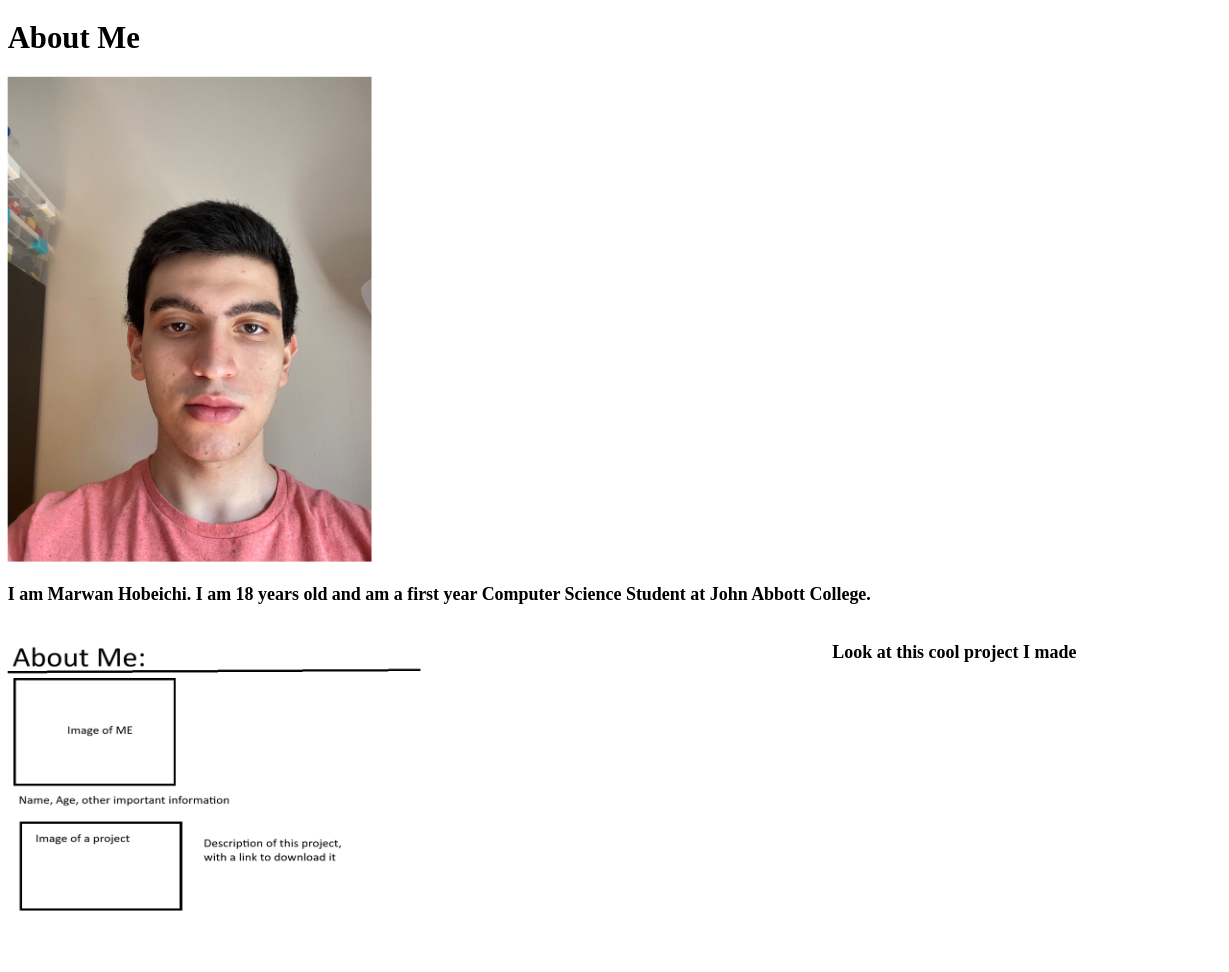
Repository: captainm64/captainm64
Page: index.html
These files come from the project's save history. The page is drawn as it stood at one moment and after the next save; the edit follows.
The browser window is 1280 px wide. The pictures show the whole page, at 96% of full size.

Above is the page before, as saved 2026-05-06 08:55:41.

### index.html
<!DOCTYPE html>
<html>
    <head>
        <link rel = "stylesheet" href = "./styles/index.css" />
         <link rel = "stylesheet" href = "./styles/global.css" />
         <title>HomePage</title>
    </head>
<body>
<Header id = "Title">
<main>
<h1> About Me </h1>

<div class = "Me">
 <img src="../../assets/images/Marwan.jpg" alt = "Marwan Hobeichi looking at the camera"/>
</div>

<h3> I am Marwan Hobeichi. I am 18 years old and am a first year Computer Science Student at John Abbott College.</h3>

<div class = "projtxt">
 <div>
 <img src="../../assets/images/HomePage.png" alt = "Demonstration of an old project"/>
 </div>

 <h3> Look at this cool project I made</h3>
</div>
</main>

### styles/index.css
img{

   height: 55%;
   width: 40%;
}

.projtxt{

   display: flex;

   flex-direction: row;

}

.projtxt img {

   height: 100%;
   width: 100%

}

#Main{

font-size: 30px;
font-family: "timesnewromanbold";
color: rgb(0, 0, 0);


}


/*phone*/
@media (min-width: 768px) {

    img{

   height: 55%;
   width: 20%;
   }

   .projtxt img {

   width: 50%

  }

}

/* IPad */
@media(min-width: 1025px)
{
     img{

   height: 55%;
   width: 30%;
   }

   .projtxt img {

   height: 90%

  }



}

### styles/global.css

@font-face {

    font-family: "timesnewroman";
    src: url(/assests/fonts/timesnewroman.ttf);
}

After the next save:
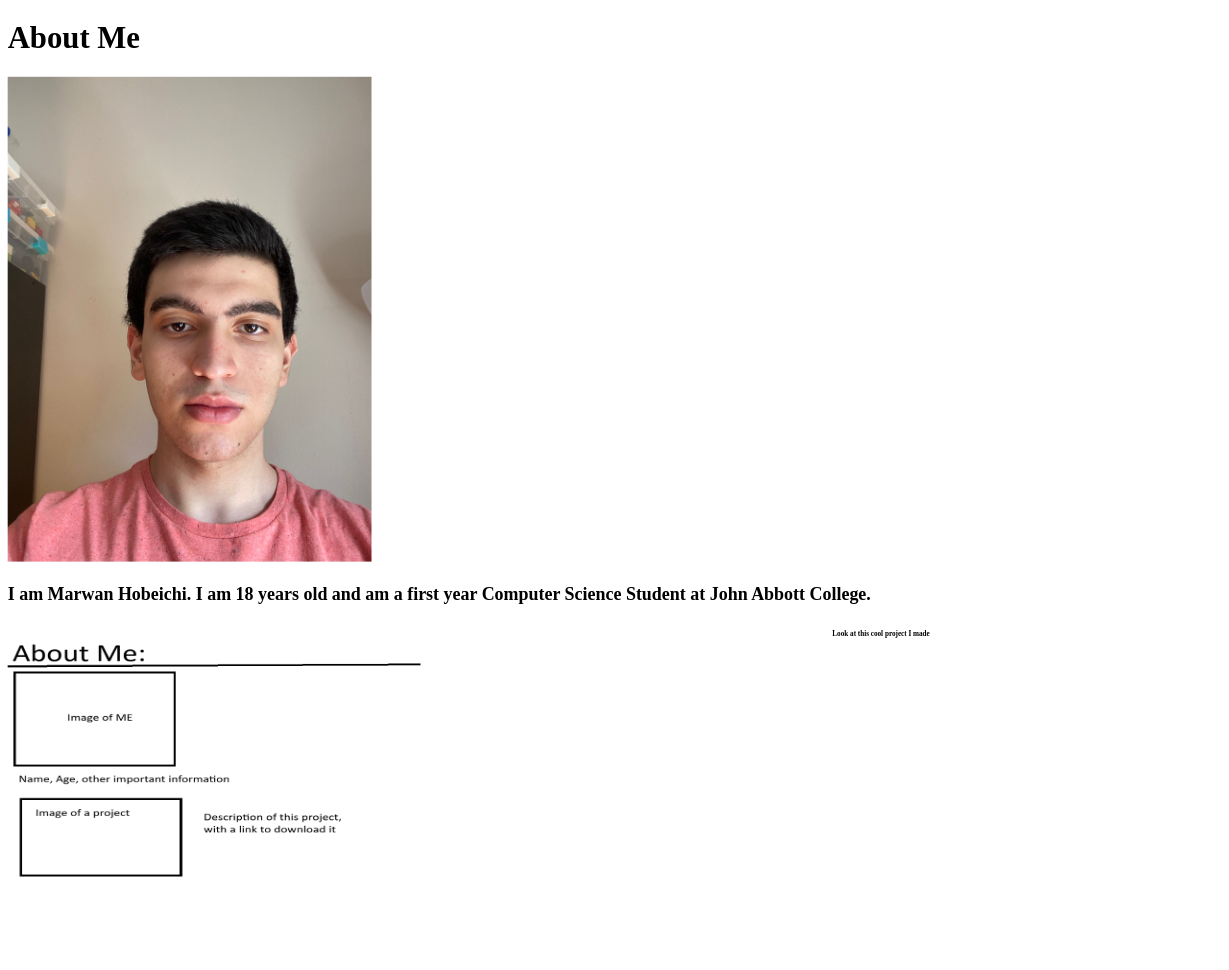
Saved 3 min 19 s later.
--- a/styles/index.css
+++ b/styles/index.css
@@ -55,9 +55,16 @@ color: rgb(0, 0, 0);
    width: 30%;
    }
 
+
+   .projtxt{
+
+      font-size: 40%
+   }
+
+
    .projtxt img {
 
-   height: 90%
+   height: 80%
 
   }
 
